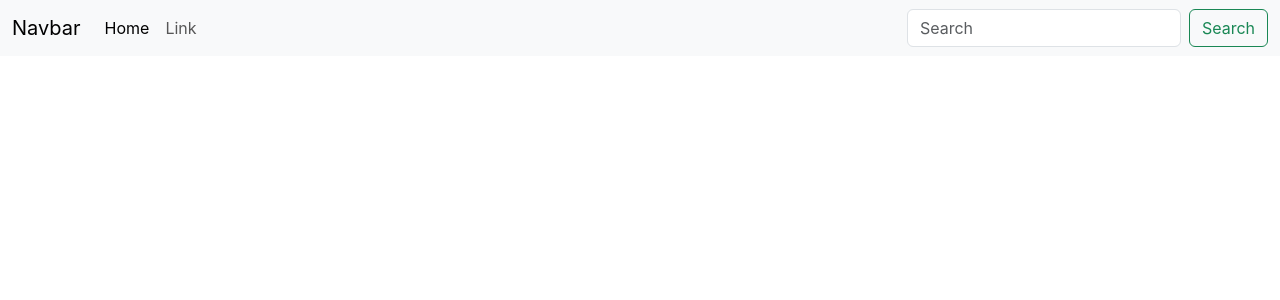
Repository: AshwinUgale/ToDoList
Page: /
These files come from the project's save history. The page is drawn as it stood at one moment and after the next save; the edit follows.
The browser window is 1280 px wide. The pictures show the whole page.
The project was rebuilt for these pictures with package versions that can differ from the ones it lists, and the page was loaded fresh each time. Also part of the build but not shown: src/App.css.

Above is the page before, as saved 2024-12-20 20:45:25.

### public/index.html
<!DOCTYPE html>
<html lang="en">
  <head>
    <meta charset="utf-8" />
    <link rel="icon" href="%PUBLIC_URL%/favicon.ico" />
    <meta name="viewport" content="width=device-width, initial-scale=1" />
    <meta name="theme-color" content="#000000" />
    <meta
      name="description"
      content="Web site created using create-react-app"
    />
    <link rel="apple-touch-icon" href="%PUBLIC_URL%/logo192.png" />

    <link rel="manifest" href="%PUBLIC_URL%/manifest.json" />
    <link href="https://cdn.jsdelivr.net/npm/bootstrap@5.3.3/dist/css/bootstrap.min.css" rel="stylesheet" integrity="sha384-QWTKZyjpPEjISv5WaRU9OFeRpok6YctnYmDr5pNlyT2bRjXh0JMhjY6hW+ALEwIH" crossorigin="anonymous">
    <title>Todos List</title>
  </head>
  <body>
    <noscript>You need to enable JavaScript to run this app.</noscript>
    <div id="root"></div>


  </body>
  <script src="https://cdn.jsdelivr.net/npm/bootstrap@5.3.3/dist/js/bootstrap.bundle.min.js" integrity="sha384-YvpcrYf0tY3lHB60NNkmXc5s9fDVZLESaAA55NDzOxhy9GkcIdslK1eN7N6jIeHz" crossorigin="anonymous"></script>
</html>

### src/App.js
import logo from './logo.svg';
import './App.css';

function App() {
  return (
    <nav className="navbar navbar-expand-lg bg-body-tertiary">
      <div className="container-fluid">
        <a className="navbar-brand" href="#">Navbar</a>
        <button
          className="navbar-toggler"
          type="button"
          data-bs-toggle="collapse"
          data-bs-target="#navbarSupportedContent"
          aria-controls="navbarSupportedContent"
          aria-expanded="false"
          aria-label="Toggle navigation"
        >
          <span className="navbar-toggler-icon"></span>
        </button>
        <div className="collapse navbar-collapse" id="navbarSupportedContent">
          <ul className="navbar-nav me-auto mb-2 mb-lg-0">
            <li className="nav-item">
              <a className="nav-link active" aria-current="page" href="#">Home</a>
            </li>
            <li className="nav-item">
              <a className="nav-link" href="#">Link</a>
            </li>

          </ul>
          <form className="d-flex" role="search">
            <input
              className="form-control me-2"
              type="search"
              placeholder="Search"
              aria-label="Search"
            />
            <button className="btn btn-outline-success" type="submit">
              Search
            </button>
          </form>
        </div>
      </div>
    </nav>
  );
}

export default App;

Loaded but not shown: src/index.js (common file); src/index.css (common file); src/reportWebVitals.js (common file)

After the next save:
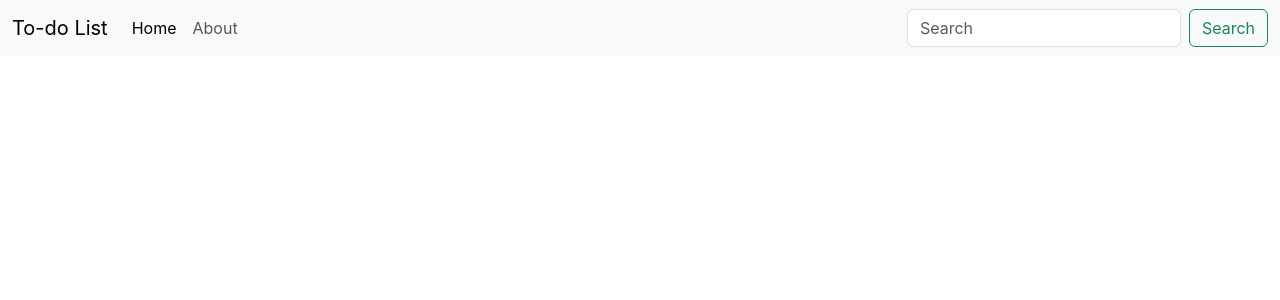
Saved 46 s later.
--- a/src/App.js
+++ b/src/App.js
@@ -5,7 +5,7 @@
   return (
     <nav className="navbar navbar-expand-lg bg-body-tertiary">
       <div className="container-fluid">
-        <a className="navbar-brand" href="#">Navbar</a>
+        <a className="navbar-brand" href="#">To-do List</a>
         <button
           className="navbar-toggler"
           type="button"
@@ -23,7 +23,7 @@
               <a className="nav-link active" aria-current="page" href="#">Home</a>
             </li>
             <li className="nav-item">
-              <a className="nav-link" href="#">Link</a>
+              <a className="nav-link" href="#">About</a>
             </li>
 
           </ul>
